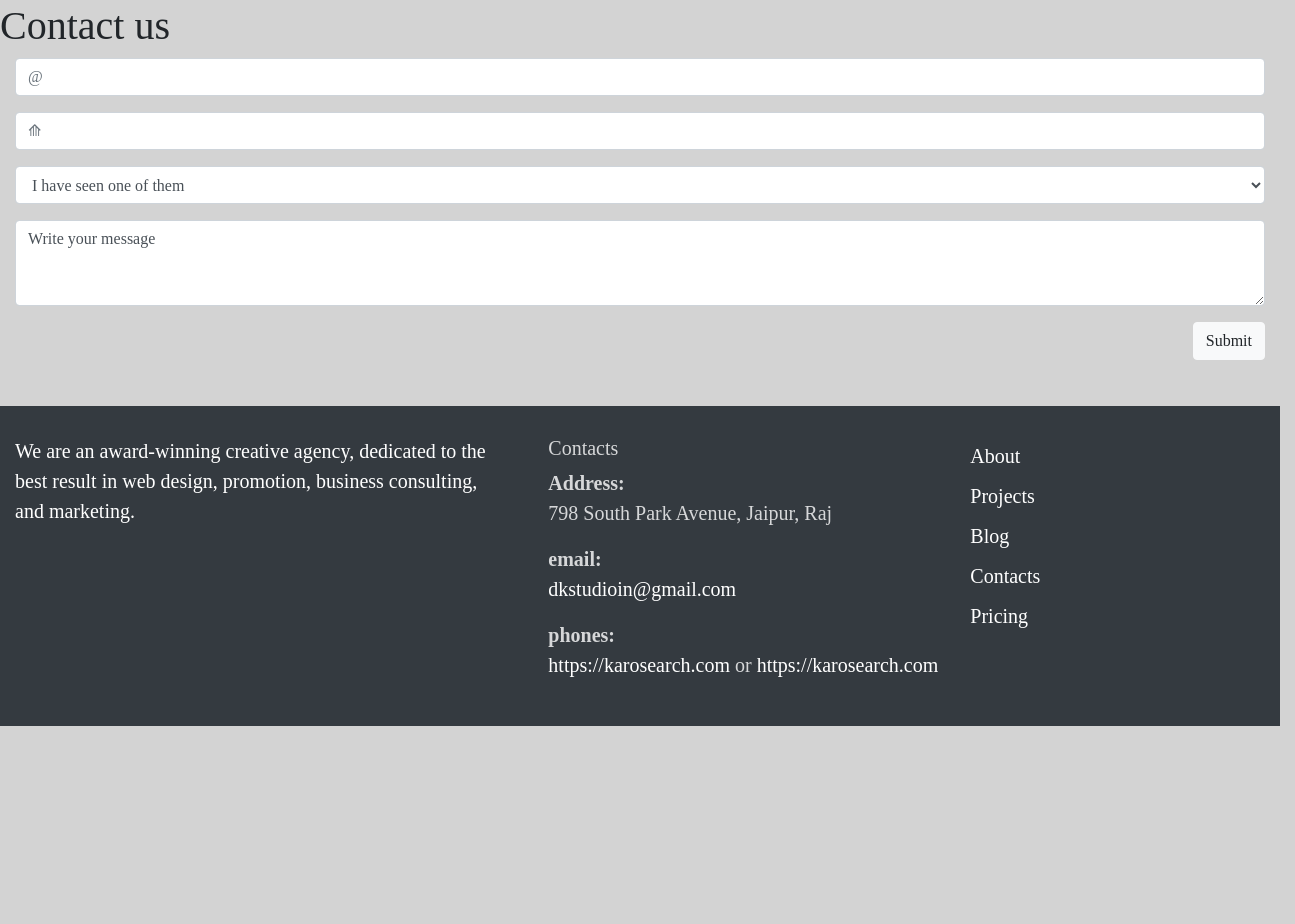
Repository: Khaleddwm/FindThePrecious
Page: index.html
The author's editor kept a copy of each file at every save. The page is drawn from the files as they stood at one save, then again after the next save.
The browser window is 1280 px wide. The page is 1295 px wide, so the pictures cover 1295 px, including what lies to the right of the window. The pictures show the part of the page from y = 1930 to 2854 px (the page is 2854 px tall before and 2764 px after).
Some web fonts or font styles are not loaded; a fallback is used.

Above is the page before, as saved 2020-05-25 00:27:05.

### index.html
<!DOCTYPE html>
<html lang="en">
<head>
    <meta charset="UTF-8">
    <meta name="viewport" content="width=device-width, initial-scale=1.0">
    <title>FindThePrecious</title>
    <link href="https://fonts.googleapis.com/css2?family=Bad+Script&display=swap" rel="stylesheet">
    <!-- CSS only -->
    <link rel="stylesheet" href="https://stackpath.bootstrapcdn.com/bootstrap/4.5.0/css/bootstrap.min.css" integrity="sha384-9aIt2nRpC12Uk9gS9baDl411NQApFmC26EwAOH8WgZl5MYYxFfc+NcPb1dKGj7Sk" crossorigin="anonymous">
    <link rel="stylesheet" href="https://cdnjs.cloudflare.com/ajax/libs/font-awesome/4.7.0/css/font-awesome.min.css">
    <link rel="stylesheet" href="style.css">
    <!-- JS, Popper.js, and jQuery -->
    <script src="https://code.jquery.com/jquery-3.5.1.slim.min.js" integrity="sha384-DfXdz2htPH0lsSSs5nCTpuj/zy4C+OGpamoFVy38MVBnE+IbbVYUew+OrCXaRkfj" crossorigin="anonymous"></script>
    <script src="https://cdn.jsdelivr.net/npm/popper.js@1.16.0/dist/umd/popper.min.js" integrity="sha384-Q6E9RHvbIyZFJoft+2mJbHaEWldlvI9IOYy5n3zV9zzTtmI3UksdQRVvoxMfooAo" crossorigin="anonymous"></script>
    <script src="https://stackpath.bootstrapcdn.com/bootstrap/4.5.0/js/bootstrap.min.js" integrity="sha384-OgVRvuATP1z7JjHLkuOU7Xw704+h835Lr+6QL9UvYjZE3Ipu6Tp75j7Bh/kR0JKI" crossorigin="anonymous"></script>
</head>
<body>
    <nav class="navbar navbar-expand-sm navbar-dark bg-dark">
        <a href"index.html" class="titleNav navbar-brand">FindThePrecious.com</a>
        <button class="navbar-toggler" data-toggle="collapse" data-target="#navbarMenu">
            <span class="navbar-toggler-icon"></span>
        </button>
        <div class="collapse navbar-collapse" id="navbarMenu">
            <ul class="navbar-nav">
                <li class="nav-item">
                    <a href="#" class="nav-link">Fellows</a>
                </li>
                <li>
                    <a href="#" class="nav-link">Contact us</a>
                </li>
            </ul>
        </div>
    </nav>
    <div id="carouselControls" class="carousel slide" data-ride="carousel">
        <div class="carousel-inner">
            <div class="carousel-caption d-none d-block">
                <h1>Dangerous fellowship try to destroy the ring</h1>
                <p>Orcs, Goblins, Balrogs, protect your master Sauron !</p>
            </div>
            <div class="carousel-item active">
                <img class="d-block w-100" src="https://img.phonandroid.com/2018/04/seigneur-des-anneaux.jpg" alt="First slide">
            </div>
            <div class="carousel-item">
                <img class="d-block w-100" src="https://www.journaldugeek.com/content/uploads/2019/07/lord-of-the-rings-gollum-new-lotr-stealth-game-coming-2021-from-daedalic-entertainment-767717.jpg" alt="Second slide">
            </div>
            <div class="carousel-item">
                <img class="d-block w-100" src="https://vignette.wikia.nocookie.net/lotr/images/1/15/Gothmog_the_lord_of_balrogs_by_atohas-d8hf6ru.jpg/revision/latest?cb=20180410213854" alt="Third slide">
            </div>
        </div>
        <a class="carousel-control-prev" href="#carouselControls" role="button" data-slide="prev">
            <span class="carousel-control-prev-icon" aria-hidden="true"></span>
            <span class="sr-only">Previous</span>
        </a>
        <a class="carousel-control-next" href="#carouselControls" role="button" data-slide="next">
            <span class="carousel-control-next-icon" aria-hidden="true"></span>
            <span class="sr-only">Next</span>
        </a>
    </div>
    <div class="wanted">
        <div class="wanted-title">
            <h1>Fellows wanted dead (or alive if you want to eat them later)</h1>
        </div>
        <div class="card-deck">
            <div class="card col-xs-12 col-md-4">
                <img src="https://kr4v3n.github.io/Sauron/img/gandalf.png" class="card-img-top" alt="Gandalf">
                <div class="living card-img-overlay">
                    <h2>Reward 1000 gold coins</h2>
                </div>
                <div class="card-body">
                    <h2 class="card-title">Gandalf</h2>
                    <p class="card-text">
                        Gandalf was shorter in stature than the other two; but his long white hair,
                        his sweeping silver beard, and his broad shoulders, made him look like some wise king of ancient legend.
                        In his aged face under great snowy brows his eyes were set like coals that could suddenly burst into fire.
                    </p>
                </div>
            </div>
            <div class="card col-xs-12 col-md-4">
                <img src="https://kr4v3n.github.io/Sauron/img/gimli.png" class="card-img-top" alt="Gimli">
                <div class="dead card-img-overlay">
                    <h2>DEAD</h2>
                </div>
                <div class="card-body">
                    <h2 class="card-title">Gimli</h2>
                    <p class="card-text">
                        Gimli throughout the War showed perhaps the greatest open contempt for Sauron and his minions, save possibly Boromir.
                        He was a grim character, for the most part, laughing only occasionally and, though in a few rare situations inspiring amusement,
                        never joking. Due to his comments especially during the initial stage of the journey, he may be called more superstitious than the others,
                        acting very much as if Caradhras was an actual living being.
                    </p>
                </div>
            </div>
            <div class="card col-xs-12 col-md-4">
                <img src="https://kr4v3n.github.io/Sauron/img/aragorn.png" class="card-img-top" alt="Aragorn">
                <div class="living card-img-overlay">
                    <h2>Reward 250 gold coins</h2>
                </div>
                <div class="card-body">
                    <h2 class="card-title">Aragorn</h2>
                    <p class="card-text">
                        An artist's conception of Aragorn at The Prancing Pony Tolkien gives
                        a brief but detailed description of him in The Lord of the Rings: lean, dark, tall, with
                        "a shaggy head of dark hair flecked with grey, and in a pale stern face a pair of keen grey eyes."
                    </p>
                </div>
            </div>
        </div>
    </div>
    <div class="form">
        <h1>Contact us</h1>
        <form class="container-fluid">
            <div class="form-group">
                <input type="email" class="form-control" id="email" placeholder="&#64;">
            </div>
            <div class="form-group">
                <input type="email" class="form-control" id="email" placeholder="&#10224;">
            </div>
            <div class="form-group">
                <select class="form-control" id="select">
                    <option>I have seen one of them</option>
                    <option>I have lost one of them</option>
                    <option>I have find one of them</option>
                </select>
            </div>
            <div class="form-group">
                <textarea class="form-control" id="textarea" rows="3">Write your message</textarea>
            </div>
            <div class="form-group">
                <input type="submit" class="btn btn-light" id="submit" value="Submit">
            </div>
        </form>
    </div>
    <footer class="section footer-classic context-dark bg-image bg-dark">
        <div class="container-fluid">
            <div class="row row-30">
                <div class="col-md-4 col-xl-5">
                    <div class="pr-xl-4">
                        <a>We are an award-winning creative agency, dedicated to the best result in web design, promotion, business consulting, and marketing.</a>
                    </div>
                </div>
                <div class="col-md-4">
                    <h5>Contacts</h5>
                    <dl class="contact-list">
                        <dt>Address:</dt>
                        <dd>798 South Park Avenue, Jaipur, Raj</dd>
                    </dl>
                    <dl class="contact-list">
                        <dt>email:</dt>
                        <dd><a href="mailto:#">dkstudioin@gmail.com</a></dd>
                    </dl>
                    <dl class="contact-list">
                        <dt>phones:</dt>
                        <dd><a href="tel:#">https://karosearch.com</a> <span>or</span> <a href="tel:#">https://karosearch.com</a>
                        </dd>
                    </dl>
                </div>
                <div class="col-md-4 col-xl-3">
                    <ul class="nav-list">
                        <li><a href="#">About</a></li>
                        <li><a href="#">Projects</a></li>
                        <li><a href="#">Blog</a></li>
                        <li><a href="#">Contacts</a></li>
                        <li><a href="#">Pricing</a></li>
                    </ul>
                </div>
            </div>
        </div>
    </footer>
</body>
</html>

### style.css
body {
    font-family: 'Bad Script', cursive;
    background-color: lightgrey;
}

#navbarMenu, .titleNav {
    font-size: 30px;
}

.navbar {
    overflow: hidden;
    position: fixed; /* Set the navbar to fixed position */
    top: 0; /* Position the navbar at the top of the page */
    width: 100%; /* Full width */
    z-index: 1000;
}

/* Change background on mouse-over */
#navbarMenu a:hover {
    background: lightgray;
    color: black;
}

#carouselControls {
    margin-top: 60px;
}

p {
    font-size: 20px;
}

img {
    width: auto;
    height: 600px;
}

.wanted-title {
    text-align: center;
    margin: 50px;
}
/* hover for living */
.living h2 {
    background-color: lightgray;
}

.living {
    opacity: 0;
}

.living:hover {
    opacity: 1;
    text-align: center;
}

/* hover for dead */
.dead {
    opacity: 0;
}

.dead:hover {
    opacity: 1;
    text-align: center;
    background-color: lightgray;
}

#submit {
    float: right;
}

.form {
    font-size: 30px;
    margin-top: 50px;
    margin-bottom: 100px;
    border-top: 2px solid black;
}

.form h1 {
    margin-top: 20px;
}

footer .container-fluid {
    padding-top: 30px;
    padding-bottom: 30px;
    font-size: 20px;
}

.context-dark, .bg-gray-dark, .bg-primary {
    color: rgba(255, 255, 255, 0.8);
}

.footer-classic a, .footer-classic a:focus, .footer-classic a:active {
    color: #ffffff;
}
.nav-list li {
    padding-top: 5px;
    padding-bottom: 5px;
}

.nav-list li a:hover:before {
    margin-left: 0;
    opacity: 1;
    visibility: visible;
}

ul, ol {
    list-style: none;
    padding: 0;
    margin: 0;
}

.social-inner {
    display: flex;
    flex-direction: column;
    align-items: center;
    width: 100%;
    padding: 23px;
    font: 900 13px/1 "Lato", -apple-system, BlinkMacSystemFont, "Segoe UI", Roboto, "Helvetica Neue", Arial, sans-serif;
    text-transform: uppercase;
    color: rgba(255, 255, 255, 0.5);
}
.social-container .col {
    border: 1px solid rgba(255, 255, 255, 0.1);
}
.nav-list li a:before {
    content: "\f14f";
    font: 400 21px/1 "Material Design Icons";
    color: #4d6de6;
    display: inline-block;
    vertical-align: baseline;
    margin-left: -28px;
    margin-right: 7px;
    opacity: 0;
    visibility: hidden;
    transition: .22s ease;
}

After the next save:
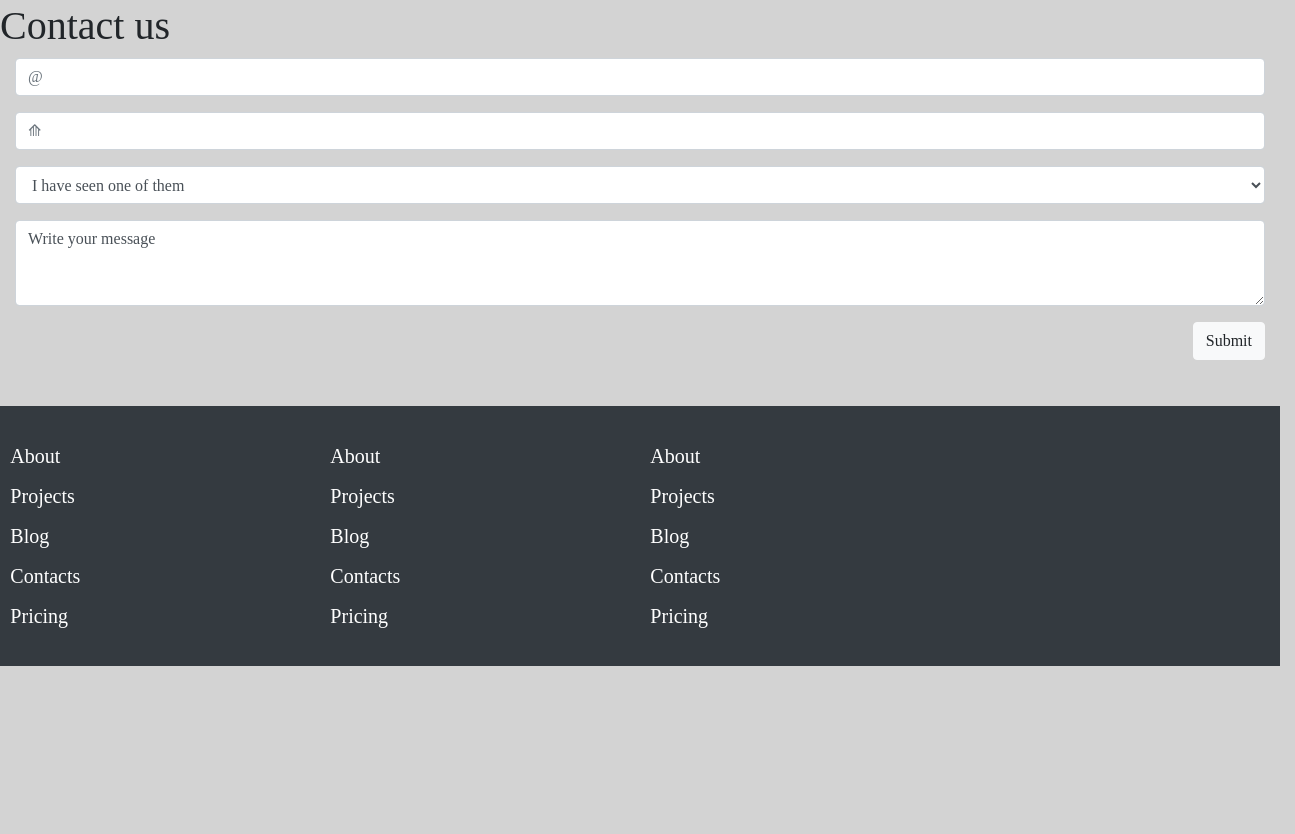
Saved 69 s later.
--- a/index.html
+++ b/index.html
@@ -133,26 +133,23 @@
     <footer class="section footer-classic context-dark bg-image bg-dark">
         <div class="container-fluid">
             <div class="row row-30">
-                <div class="col-md-4 col-xl-5">
-                    <div class="pr-xl-4">
-                        <a>We are an award-winning creative agency, dedicated to the best result in web design, promotion, business consulting, and marketing.</a>
-                    </div>
+                <div class="col-md-4 col-xl-3">
+                    <ul class="nav-list">
+                        <li><a href="#">About</a></li>
+                        <li><a href="#">Projects</a></li>
+                        <li><a href="#">Blog</a></li>
+                        <li><a href="#">Contacts</a></li>
+                        <li><a href="#">Pricing</a></li>
+                    </ul>
                 </div>
-                <div class="col-md-4">
-                    <h5>Contacts</h5>
-                    <dl class="contact-list">
-                        <dt>Address:</dt>
-                        <dd>798 South Park Avenue, Jaipur, Raj</dd>
-                    </dl>
-                    <dl class="contact-list">
-                        <dt>email:</dt>
-                        <dd><a href="mailto:#">dkstudioin@gmail.com</a></dd>
-                    </dl>
-                    <dl class="contact-list">
-                        <dt>phones:</dt>
-                        <dd><a href="tel:#">https://karosearch.com</a> <span>or</span> <a href="tel:#">https://karosearch.com</a>
-                        </dd>
-                    </dl>
+                <div class="col-md-4 col-xl-3">
+                    <ul class="nav-list">
+                        <li><a href="#">About</a></li>
+                        <li><a href="#">Projects</a></li>
+                        <li><a href="#">Blog</a></li>
+                        <li><a href="#">Contacts</a></li>
+                        <li><a href="#">Pricing</a></li>
+                    </ul>
                 </div>
                 <div class="col-md-4 col-xl-3">
                     <ul class="nav-list">
